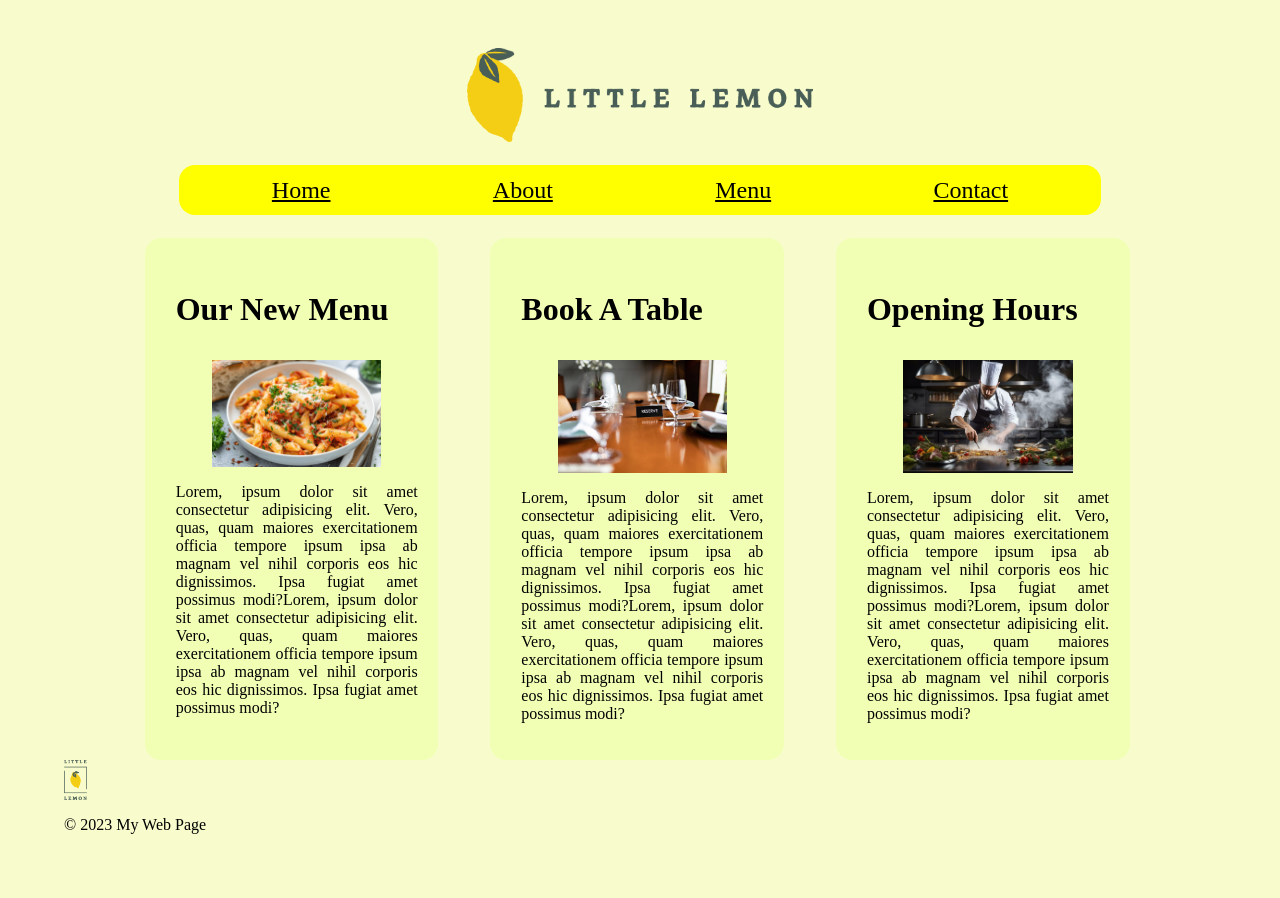
Repository: Yeshwanth-189/meta-html-css
Page: index.html
An editor plug-in stored every save of this project. The page is shown before and after the next save, followed by the edit.
The browser window is 1280 px wide. The pictures show the whole page.

Above is the page before, as saved 2025-04-21 23:13:35.

After the next save:
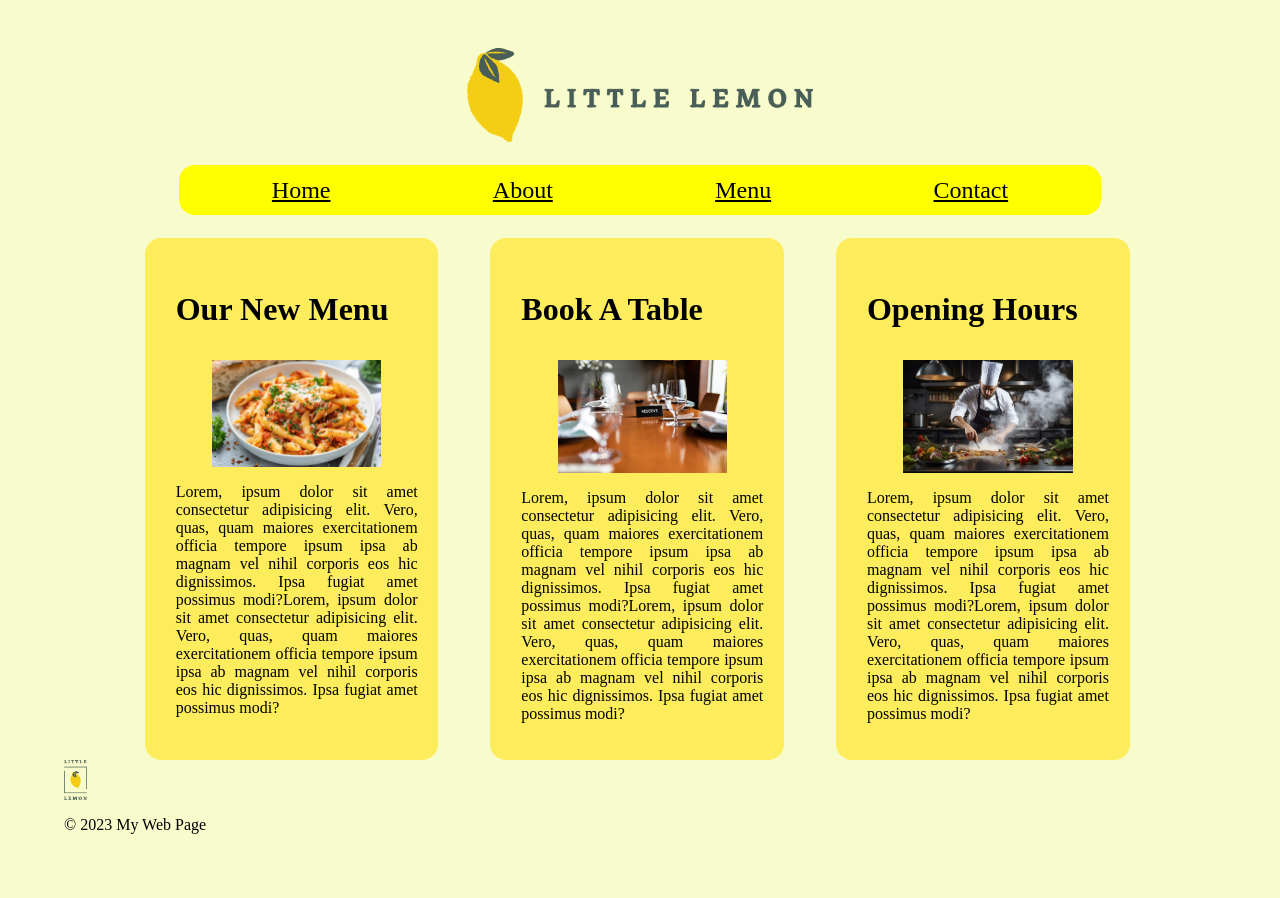
Saved 18 s later.
--- a/styles.css
+++ b/styles.css
@@ -43,7 +43,7 @@
   padding-top: 2%;
   padding-bottom: 2%;
   text-align: justify;
-  background-color: rgb(241, 255, 181);
+  background-color: rgb(253, 237, 92);
   margin-right: 5%;
   border-radius: 1rem;
 }
